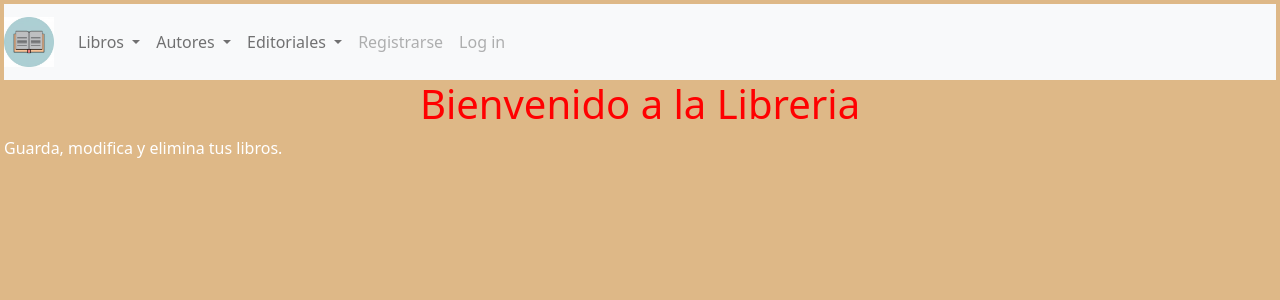
Repository: frnalonso/libreria
Page: src/main/resources/templates/index.html
An editor plug-in stored every save of this project. The page is shown before and after the next save, followed by the edit.
The browser window is 1280 px wide. The pictures show the whole page.

Above is the page before, as saved 2021-11-13 13:50:19.

### src/main/resources/templates/index.html

<!doctype html>
<html lang="en">
  <head>
    <!-- Required meta tags -->
    <meta charset="utf-8">
    <meta name="viewport" content="width=device-width, initial-scale=1">

    <!-- Bootstrap CSS -->
    <link href="https://cdn.jsdelivr.net/npm/bootstrap@5.1.3/dist/css/bootstrap.min.css" rel="stylesheet" integrity="sha384-1BmE4kWBq78iYhFldvKuhfTAU6auU8tT94WrHftjDbrCEXSU1oBoqyl2QvZ6jIW3" crossorigin="anonymous">
    <link rel="stylesheet" href="/css/index.css"/>
    <title>Inicio</title>

  </head>
  <body class="p-1 text-white">
    <nav class="navbar navbar-expand-lg navbar-light bg-light">
        <a class="navbar-brand" href="/" ><img src="/images/icono_libreria2.jpg" width="50px" alt=""></a>
        <button class="navbar-toggler" type="button" data-toggle="collapse" data-target="#navbarNavAltMarkup" aria-controls="navbarNavAltMarkup" aria-expanded="false" aria-label="Toggle navigation">
          <span class="navbar-toggler-icon"></span>
        </button>
        <div class="collapse navbar-collapse" id="navbarNavAltMarkup">
          <div class="navbar-nav">
            <li class="nav-item dropdown">
              <a class="nav-link dropdown-toggle" href="#" id="navbarDropdown" role="button" data-bs-toggle="dropdown" aria-expanded="false">
                Libros
              </a>
              <ul class="dropdown-menu" aria-labelledby="navbarDropdown">
                <li><a class="dropdown-item" href="/registro">Registrar Libro</a></li>
                <li><a class="dropdown-item" href="/mostrar">Ver Libros</a></li>
              </ul>
            </li>
            <li class="nav-item dropdown">
              <a class="nav-link dropdown-toggle" href="#" id="navbarDropdown" role="button" data-bs-toggle="dropdown" aria-expanded="false">
                Autores
              </a>
              <ul class="dropdown-menu" aria-labelledby="navbarDropdown">
                <li><a class="dropdown-item" href="#">Registrar Autor</a></li>
                <li><a class="dropdown-item" href="#">Ver Autores</a></li>
              </ul>
            </li>
            <li class="nav-item dropdown">
              <a class="nav-link dropdown-toggle" href="#" id="navbarDropdown" role="button" data-bs-toggle="dropdown" aria-expanded="false">
                Editoriales
              </a>
              <ul class="dropdown-menu" aria-labelledby="navbarDropdown">
                <li><a class="dropdown-item" href="#">Registrar Editorial</a></li>
                <li><a class="dropdown-item" href="#">Ver Editoriales</a></li>
              </ul>
            </li>
            <a class="nav-item nav-link disabled" href="Log in">Registrarse</a>
            <a class="nav-item nav-link disabled" href="Log in">Log in</a>
          </div>
        </div>
      </nav>
    <h1>Bienvenido a la Libreria</h1>
    <p>Guarda, modifica y elimina tus libros.</p>
    <!-- Optional JavaScript; choose one of the two! -->

    <!-- Option 1: Bootstrap Bundle with Popper -->
    <script src="https://cdn.jsdelivr.net/npm/bootstrap@5.1.3/dist/js/bootstrap.bundle.min.js" integrity="sha384-ka7Sk0Gln4gmtz2MlQnikT1wXgYsOg+OMhuP+IlRH9sENBO0LRn5q+8nbTov4+1p" crossorigin="anonymous"></script>

    <!-- Option 2: Separate Popper and Bootstrap JS -->
    <!--
    <script src="https://cdn.jsdelivr.net/npm/@popperjs/core@2.10.2/dist/umd/popper.min.js" integrity="sha384-7+zCNj/IqJ95wo16oMtfsKbZ9ccEh31eOz1HGyDuCQ6wgnyJNSYdrPa03rtR1zdB" crossorigin="anonymous"></script>
    <script src="https://cdn.jsdelivr.net/npm/bootstrap@5.1.3/dist/js/bootstrap.min.js" integrity="sha384-QJHtvGhmr9XOIpI6YVutG+2QOK9T+ZnN4kzFN1RtK3zEFEIsxhlmWl5/YESvpZ13" crossorigin="anonymous"></script>
    -->
  </body>
</html>

### src/main/resources/static/css/index.css
body {
    background-color:burlywood;
}

h1 {
    color: red;
    text-align: center;
}

img {
    display:block;
    margin:auto;
}

After the next save:
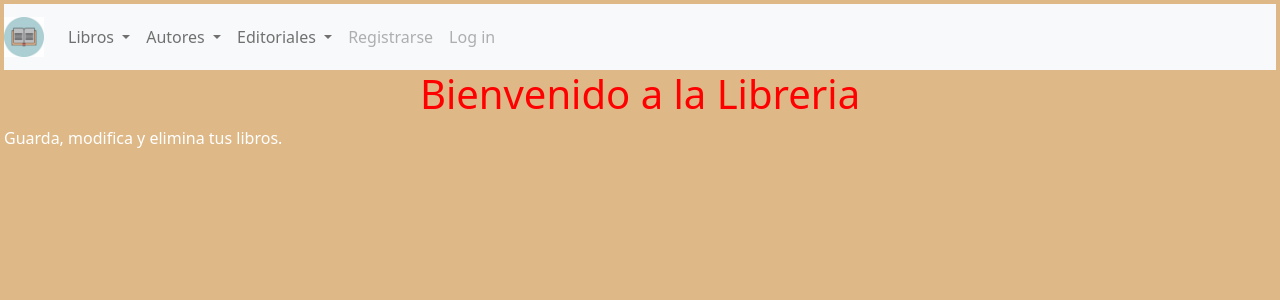
Saved 6 s later.
--- a/src/main/resources/templates/index.html
+++ b/src/main/resources/templates/index.html
@@ -14,7 +14,7 @@
   </head>
   <body class="p-1 text-white">
     <nav class="navbar navbar-expand-lg navbar-light bg-light">
-        <a class="navbar-brand" href="/" ><img src="/images/icono_libreria2.jpg" width="50px" alt=""></a>
+        <a class="navbar-brand" href="/" ><img src="/images/icono_libreria2.jpg" width="40px" alt=""></a>
         <button class="navbar-toggler" type="button" data-toggle="collapse" data-target="#navbarNavAltMarkup" aria-controls="navbarNavAltMarkup" aria-expanded="false" aria-label="Toggle navigation">
           <span class="navbar-toggler-icon"></span>
         </button>
